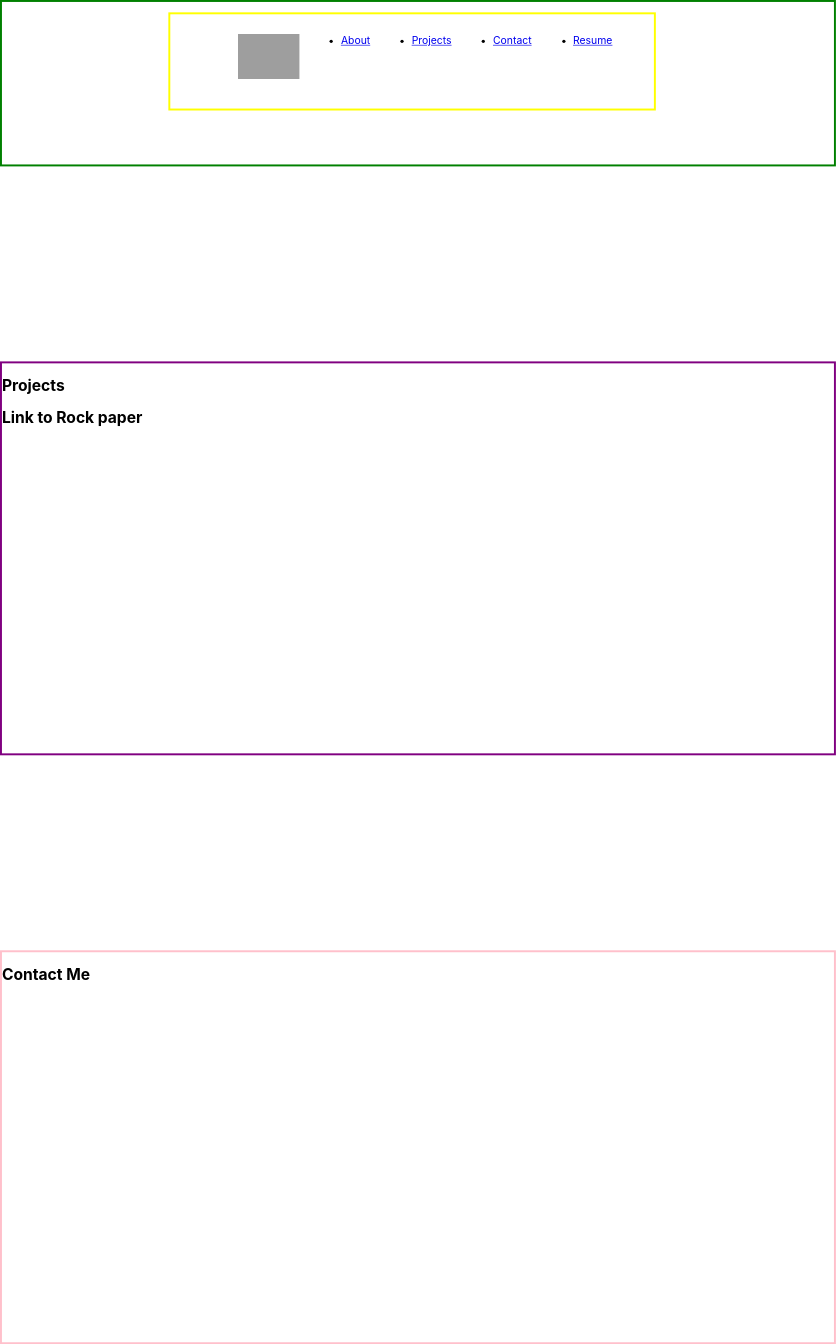
Repository: JohnDunst/portfolioprojecttwo
Page: /
An editor plug-in stored every save of this project. The page is shown before and after the next save, followed by the edit.
The browser window is 1280 px wide. The page is 1286 px wide, so the pictures cover 1286 px, including what lies to the right of the window. The pictures show the whole page, at 65% of full size.
Pictures or frames that could not be fetched are drawn as grey boxes. The project was rebuilt for these pictures with package versions that can differ from the ones it lists, and the page was loaded fresh each time. Imported but missing from the stored project, and not drawn on this page: src/assets/Dunst Resume.pdf.

Above is the page before, as saved 2023-08-05 18:26:24.

After the next save:
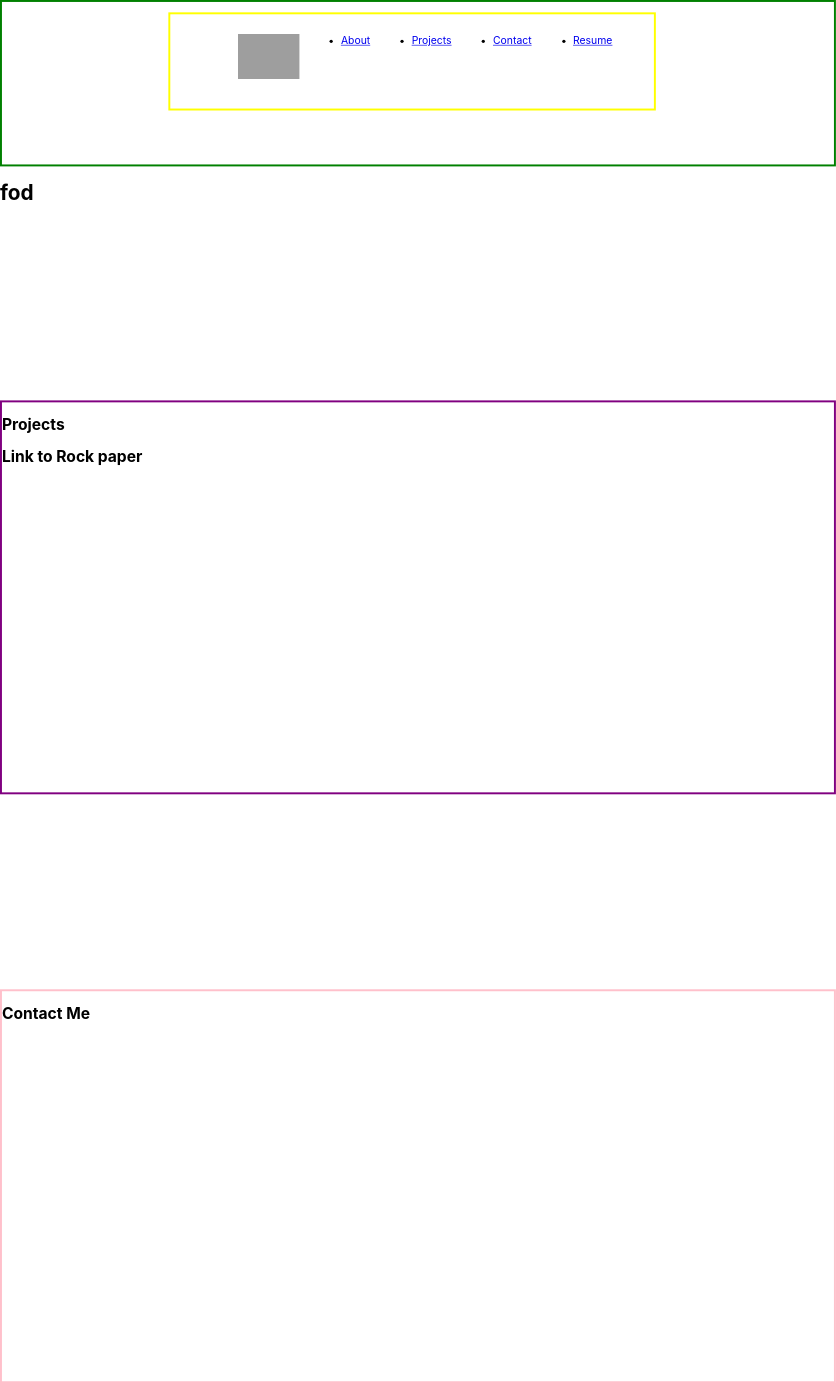
Saved 5 min 37 s later.
--- a/src/App.js
+++ b/src/App.js
@@ -9,45 +9,6 @@ import axios from 'axios';
 import './style.css'
 
       function App ()  {
-
-
-
-
-function About  () {
-  const [data,setData] = useState();
-  const [name,setName] = useState();
-
-
-
-
-URL= "https://pokeapi.co/api/v2/pokemon/jolteon"
-
-
-useEffect(() => {
-  axios.get(URL).then((response)=> {
-    console.log(response.data)
-    setData(response.data);
-  }).catch((err) => {
-    window.alert(err);
-  })
-},[])
-
-
-    return(
-        <div className="Pokemons">
-            <h1>{name}</h1>
-
-
-        </div>
-
-
-
-    );
-}
-
-
-
-
 
 
 
